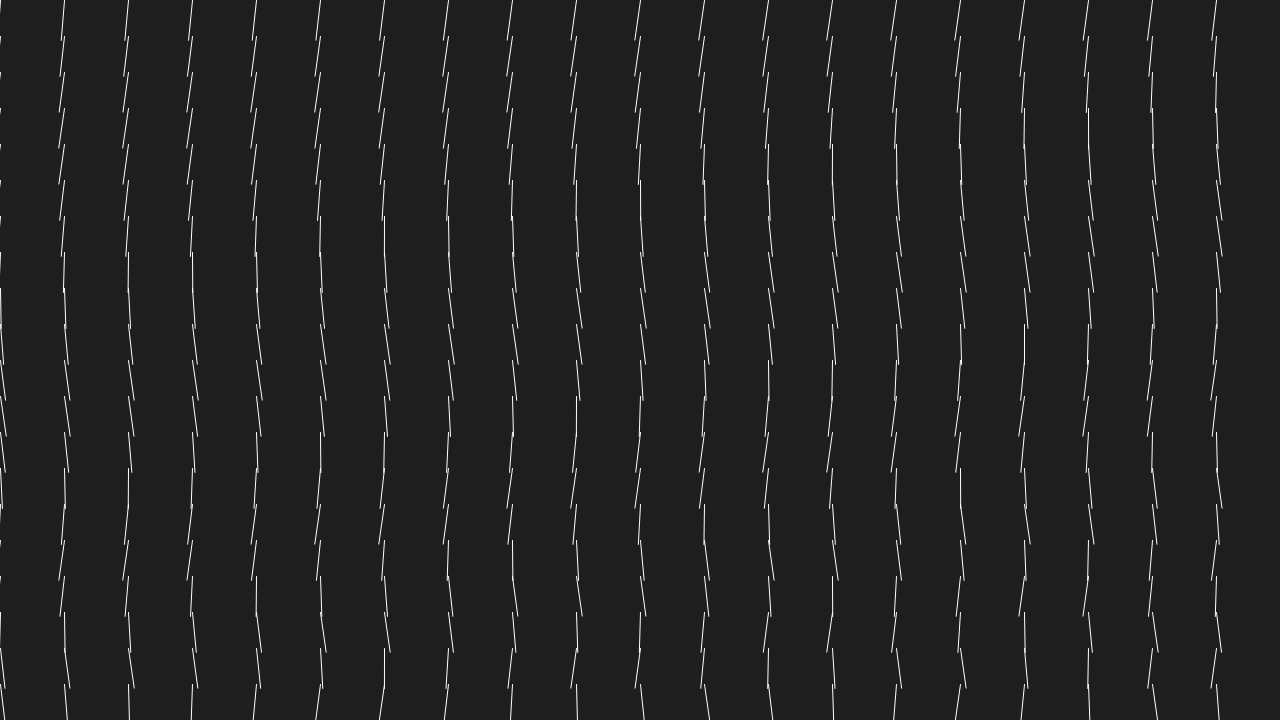
Repository: dylanreimer/electrocrafting
Page: projects/pendulum/index.html
These files come from the project's save history. The page is drawn as it stood at one moment and after the next save; the edit follows.
The browser window is 1280 px wide. The pictures show the whole page.

Above is the page before, as saved 2021-10-19 01:17:07.

After the next save:
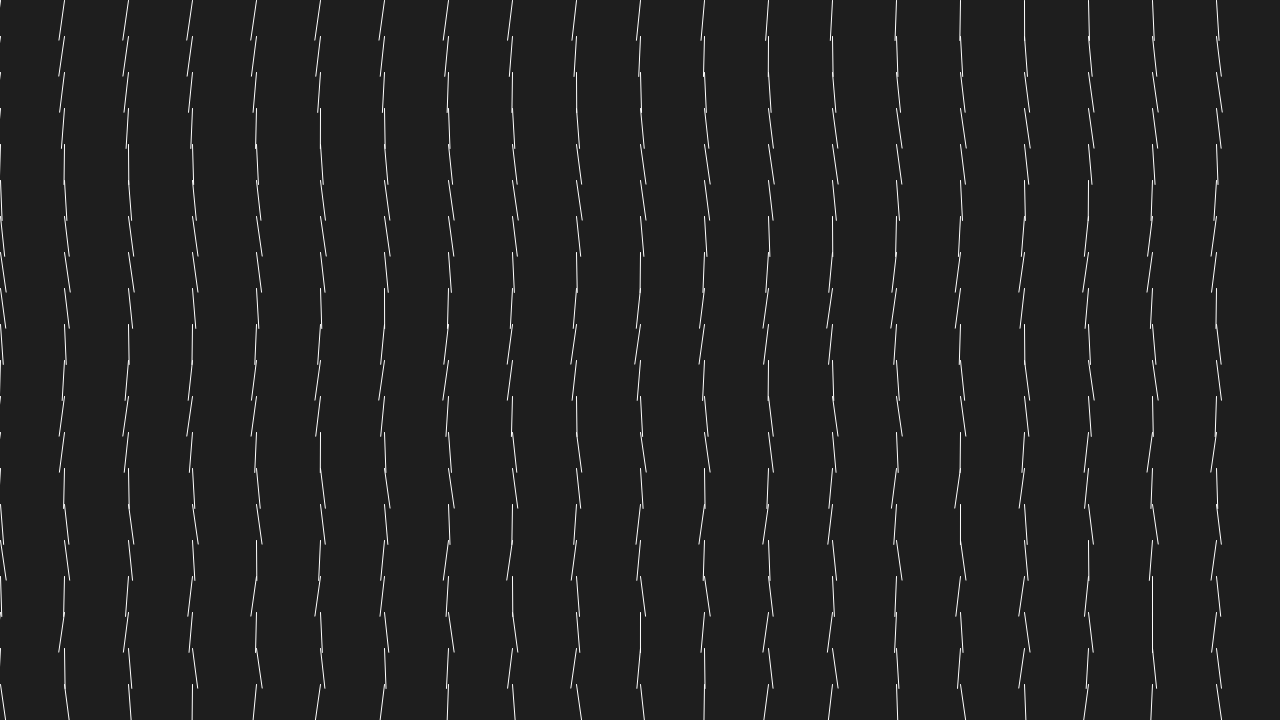
Saved 6 s later.
--- a/projects/pendulum/pendulum.js
+++ b/projects/pendulum/pendulum.js
@@ -7,7 +7,7 @@
         this.swingRadius = radius;
         this.color = color;
         this.angle = PI/2;
-        this.gravity = 0.09;
+        this.gravity = 0.19;
         this.damping = 0.9995;
         this.accel = 0;
         this.velocity = velocity;
